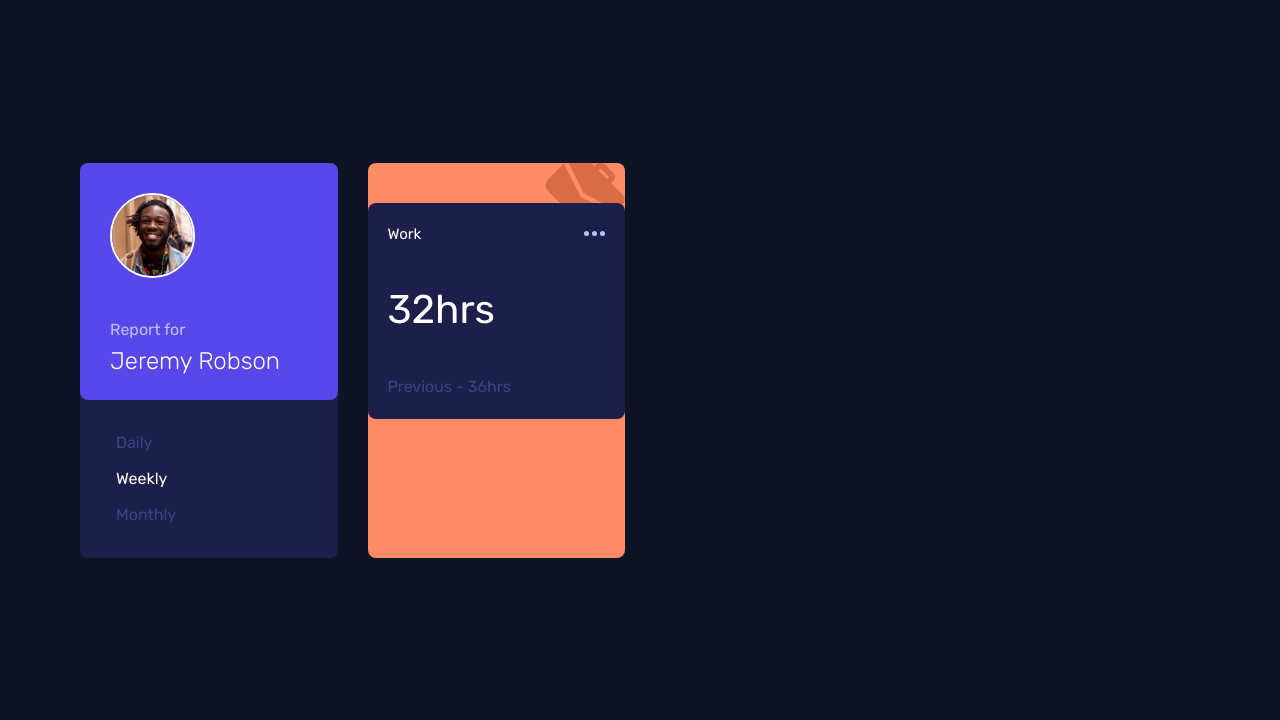
Repository: Akashiii1/WebTimeTracking_Day6
Page: index.html
The author's editor kept a copy of each file at every save. The page is drawn from the files as they stood at one save, then again after the next save.
The browser window is 1280 px wide. The pictures show the whole page.

Above is the page before, as saved 2021-12-27 00:12:58.

After the next save:
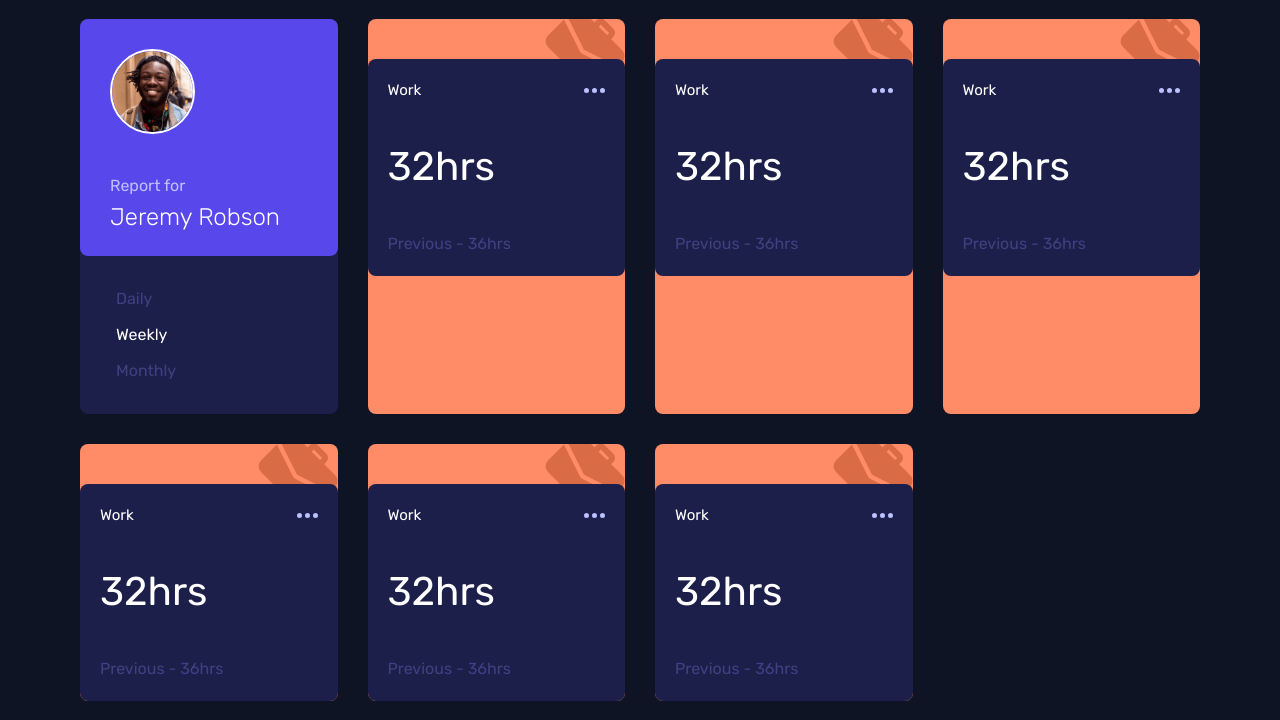
Saved 30 s later.
--- a/index.html
+++ b/index.html
@@ -57,6 +57,57 @@
           <div class="desc">Previous - 36hrs </div>
         </div>
       </div>
+      <div class="work">
+        <div class="content">
+          <div class="heading">
+            <h3 class="title">Work</h3>
+            <img src="images/icon-ellipsis.svg" alt="">
+          </div>
+          <h3 class="time">32hrs</h3>
+          <div class="desc">Previous - 36hrs </div>
+        </div>
+      </div>
+      <div class="work">
+        <div class="content">
+          <div class="heading">
+            <h3 class="title">Work</h3>
+            <img src="images/icon-ellipsis.svg" alt="">
+          </div>
+          <h3 class="time">32hrs</h3>
+          <div class="desc">Previous - 36hrs </div>
+        </div>
+      </div>
+      <div class="work">
+        <div class="content">
+          <div class="heading">
+            <h3 class="title">Work</h3>
+            <img src="images/icon-ellipsis.svg" alt="">
+          </div>
+          <h3 class="time">32hrs</h3>
+          <div class="desc">Previous - 36hrs </div>
+        </div>
+      </div>
+      <div class="work">
+        <div class="content">
+          <div class="heading">
+            <h3 class="title">Work</h3>
+            <img src="images/icon-ellipsis.svg" alt="">
+          </div>
+          <h3 class="time">32hrs</h3>
+          <div class="desc">Previous - 36hrs </div>
+        </div>
+      </div>
+      <div class="work">
+        <div class="content">
+          <div class="heading">
+            <h3 class="title">Work</h3>
+            <img src="images/icon-ellipsis.svg" alt="">
+          </div>
+          <h3 class="time">32hrs</h3>
+          <div class="desc">Previous - 36hrs </div>
+        </div>
+      </div>
+
 
     </div>
 
